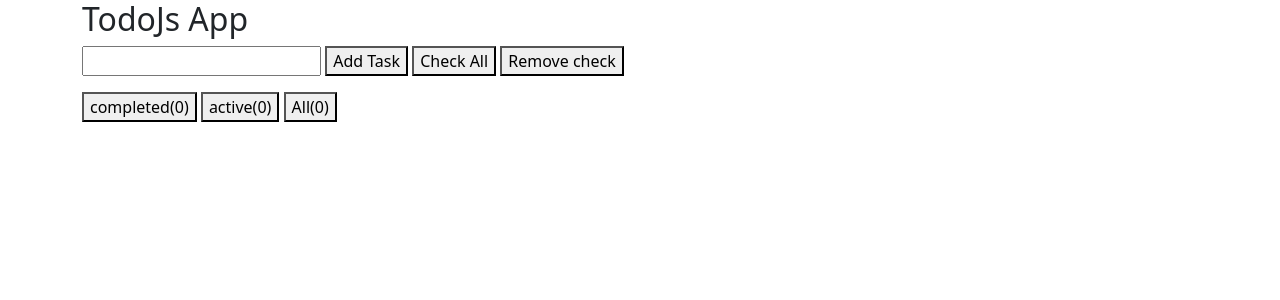
Repository: VladimirKasyanov/Todo
Page: index.html
An editor plug-in stored every save of this project. The page is shown before and after the next save, followed by the edit.
The browser window is 1280 px wide. The pictures show the whole page.

Above is the page before, as saved 2024-05-31 15:56:41.

### index.html
<!DOCTYPE html>
<html lang="en">
  <head>
    <meta charset="utf-8" />
    <meta name="viewport" content="width=device-width, initial-scale=1" />
   <link rel="stylesheet" href="styles.css"/>
    <link
      href="https://cdn.jsdelivr.net/npm/bootstrap@5.3.3/dist/css/bootstrap.min.css"
      rel="stylesheet"
      integrity="sha384-QWTKZyjpPEjISv5WaRU9OFeRpok6YctnYmDr5pNlyT2bRjXh0JMhjY6hW+ALEwIH"
      crossorigin="anonymous"
    />
    <title>TodoJs App</title>
  </head>
  <body>
    <div class="container">
      <h2>TodoJs App</h2>
      <form>
        <input type="text" class="input__box" />
        <button type="button" class="add">Add Task</button>
        <button type="button" onclick="checkAll()" class="check-all">
          Check All
        </button>
        <button type="button" onclick="removeCheck()" class="remove-check">
          Remove check
        </button>
      </form>
      <div class="todo__li">
        <ul class="list"></ul>
        <div class="all-button" type="button" >
          <button class="complete-tab" id="completed">completed(0)</button>
          <button class="active-tab" id="active" >active(0)</button>
          <button class="all-tab active" id="all">All(0)</button>
        <div>
      </div>
    </div>
    <script
      src="https://cdn.jsdelivr.net/npm/bootstrap@5.3.3/dist/js/bootstrap.bundle.min.js"
      integrity="sha384-YvpcrYf0tY3lHB60NNkmXc5s9fDVZLESaAA55NDzOxhy9GkcIdslK1eN7N6jIeHz"
      crossorigin="anonymous"
    ></script>
    <script src="todo.js"></script>
  </body>
</html>

### styles.css
.complete-tab:active {
    color: red;

};
.active-tab:active {
    color: blue;

}
.all-tab:active {
    color: green;
}

### todo.js
const form = document.querySelector("form");
const inputBox = document.querySelector(".input__box");
const addButton = document.querySelector(".add");
const list = document.querySelector(".list");
const label = document.querySelector(".span");
const newInput = document.querySelector(".new-input");
const totalCounter = document.getElementById("all");
const completedCounter = document.getElementById("completed");
const incompleteCounter = document.getElementById("active");
const allButton = document.querySelector(".all-button")

const keyEnter = "Enter"
const keyEscape = "Escape"


let todoList = [];
let condition = "all"
// let completedCount = 0;
// let incompleteCount = 0;

const task = (event) => {
  event.preventDefault();
  const inputText = inputBox.value.trim()
  if (inputText === "" || inputText === null) return;
  let newTodo = {
    description: inputBox.value,
    checked: false,
    id: Date.now(),
  };

  todoList.push(newTodo);
  console.log(todoList);
  displayList(todoList);
  inputBox.value = "";

};



const displayList = () => {

  const sorteredArray = completedTab();

  list.innerHTML = "";
  sorteredArray.forEach((item) => {
    list.innerHTML += `
<li id ='${item.id}'>
<input class = 'check' type='checkBox' id='${item.id}' ${
      item.checked ? "checked" : ""
    }>
<span class='some-text'>${item.description}</span>
  <input class='new-input' type= 'text' value='${item.description.replace(/\s+/g, '')}' hidden></input>
<button type='delete' class='del' id='${item.id}' >x</button>
</li>

`;
// completedTab();

});
 completedTab();
updateCounters();
// document.getElementById("total-counter").textContent.todoList.length
};

// const counter = () => {
//     console.log(todoList.length)

//   displayList(todoList)
// }

const toggleTodo = (event) => {
  // todoList[index].checked = !todoList[index].checked;
  if(event.target.type == 'checkbox') {
    const todoId = event.target.id;
    todoList.forEach((item) => {
      if (item.id === Number(todoId)) {
        item.checked = !item.checked;
      }
    })
  }
   updateCounters();
   displayList();
  // displayList(todoList);
  // completedTab();
};




const checkAll = () => {
  todoList.forEach((todo) => {
    todo.checked = !todo.checked;
  });
  displayList();
};

const name1 = () => {

}

const updateCounters = () => {
  const completedCount = todoList.filter((item) => item.checked).length;
  const incompleteCount = todoList.length - completedCount;

  completedCounter.innerText ='complete ' + completedCount;
  incompleteCounter.innerText = 'active ' + incompleteCount;
  totalCounter.innerText = 'all ' + todoList.length;


}

const completedTab = () => {

  switch(condition) {
    case 'active':
      // displayList();
      return todoList.filter((item) => !item.checked);

    case 'completed':
      // displayList();
      return todoList.filter((item) => item.checked);

    default:
      return todoList

    };
    // displayList();

};



const removeCheck = () => {
  todoList = todoList.filter((todo) => !todo.checked);
  displayList(todoList);
};

function removeOnce(event) {
  const todoId = Number(event.target.parentElement.id);
  if (event.target.classList.contains("del")) {
    todoList = todoList.filter((todo) => todo.id !== todoId);
    displayList(todoList);
  }
}


const editNew = (elementId) => {
  const theElement = document.getElementById(elementId)
  const newText = theElement.children[2].value;
    if (newText === "" || newText === null) return
  // let todoText = event.target.parentNode.children[2].value;

  // console.log(todoList)

  sorteredArray.forEach((item) => {
    if (item.id === Number(elementId)) {
        item.description = newText.trim()
    }

  })
  displayList(todoList);

  //  if (event.sourceCapabilities !== null) {
  //   if (todoText.trim() === '') {
  //   }
  //   displayList(todoList);
  // }
}

const addButtonEnter = (event) => {
    if (event.key === keyEnter) {
       task(event);
  }
};

const changeDescription = (event) => {
  if (event.target.classList.contains("some-text")) {
    const {children} = event.target.parentNode
    children[1].hidden = true
    children[2].hidden = false
    children[2].focus()
  }
};

const changeDescriptionFinish = (event) => {
    if (event.target.classList.contains("new-input")) {
      // console.log(event)

      if (event.key === keyEnter){
        const todoId = Number(event.target.parentElement.id);
        // console.log(todoId)
        // todoList.forEach((todo) => todo.id !== todoId);
        editNew(todoId);


      }
      if (event.key === keyEscape) {
        displayList(todoList)
      }
    }
  }

  const chooseCategories = (event) => {

    switch(event.target.id) {
      case 'active':
        condition = 'active'
        displayList();
        break

      case 'completed':
        condition = 'completed'
        displayList();
        break

      default:
        condition = 'all'
        displayList();
        break

      };
  }


  // list.addEventListener("blur",changeDescriptionFinish)
  list.addEventListener("dblclick", changeDescription);
  list.addEventListener("click", removeOnce);
  list.addEventListener("click", toggleTodo);
  addButton.addEventListener("click", task);
  // console.log(typeof(li))
  list.addEventListener('keyup', changeDescriptionFinish);
  inputBox.addEventListener('keydown', addButtonEnter);
  list.addEventListener('click', completedTab);
  // totalCounter.addEventListener('click',completedTab);
  allButton.addEventListener('click', chooseCategories)
  // list.addEventListener('click', refillCounter)


// const changeDescription = (event) => {
//   const todoId = event.target.parentElement.id;
//   const todo = todoList.find((todo) => todo.id == todoId);

//   if (event.target.classList.contains("label")) {
//     const input = document.createElement("input");
//     input.type = "text";
//     input.value = todo.description;

//     input.addEventListener("blur", () => {
//       todo.description = input.value;
//       displayList(todoList);
//     });

//     event.target.replaceWith(input);
//     input.focus();
//   }
// };
// let itemId = event.target.id
// let index = todoList.findIndex((element) => element.id === itemId);
// delOnce.addEventListener("click", delOnce)
// for.forEach
// const removeOnce = (event) => {
//     delOnce.addEventListener("click", removeOnce);
//         let delOnce = todoList.findIndex((element) => element.id === event.target.id);
//             if (index !== -1) {
//                 todoList.splice(index, 1);

//             };
//             displayList(todoList);
//         };





          // todoList = todoList.filter((todo) => );
    // todoList.removeChild("li");
// checkAllButton.addEventListener("click", checkAll);
// removeComplete.addEventListener("click", removeAll);
// replace(/\s+/g, '') // space delete

// const changeDescriptionFinish = (event) => {
//   if (event.target.classList.contains("new-input")) {
//     const updatedDescription = event.target.value;
//     const todoId = Number(event.target.parentNode.id);
//     const todoIndex = todoList.findIndex((todo) => todo.id === todoId);

//     if (event.key === 'Enter') {
//       todoList[todoIndex].description = updatedDescription;
//       displayList(todoList);
//     } else if (event.key === 'Escape') {
//       event.target.value = todoList[todoIndex].description;
//     }
//   }
// };
// inputBox.addEventListener("keydown", (event) => {
//   if (event.key === "Enter") {
//     task(event);
//   }
// });

// const displayList = () => {
//   list.innerHTML = "";

//   todoList.forEach((item) => {
//     list.innerHTML += `
//       <li id='${item.id}'>
//         <input class='check' type='checkbox' id='${item.id}' ${
//       item.checked ? "checked" : ""
//     }>
//         <span class='some-text'>${item.description}</span>
//         <input class='new-input' type='text' hidden></input>
//         <button type='delete' class='del' id='${item.id}'>x</button>
//       </li>
//     `;

//     if (item.checked) {
//       completedCount++;
//     } else {
//       incompleteCount++;
//     }
//   });
//   document.getElementById("completed-counter").textContent = completedCount;
//   document.getElementById("incomplete-counter").textContent = incompleteCount;
//   document.getElementById("total-counter").textContent = todoList.length;
// };

// function editTask(event) {
//   if (event.target.classList.contains("some-text")) {
//     const { children } = event.target.parentNode;
//     children[1].hidden = true;
//     const editInput = children[2];
//     editInput.value = event.target.textContent;
//     editInput.hidden = false;
//     editInput.focus();
//   }
// }

// function finishEdit(event) {
//   if (event.target.classList.contains("new-input")) {
//     const todoId = Number(event.target.parentElement.id);
//     const editedTask = event.target.value.trim();
//     if (event.key === keyEnter && editedTask !== "") {
//       todoList = todoList.map((todo) =>
//         todo.id === todoId ? { ...todo, description: editedTask } : todo
//       );
//       displayList();
//     }
//     if (event.key === keyEscape) {
//       displayList();
//     }
//   }
// }


// const updateCounter =  () =>  {
//   // const counter = todoList.filter((item) => !item.check).length

//   // const unCount = todoList.filter((item) =>)
//   const completedCount = document.getElementById("completed-counter");
//   const incompleteCount = document.getElementById("incomplete-counter");
//   // const allButton = document.getElementById("total-counter")
//   incompleteCount.textContent = incompleteCount
//   // allButton = document.getElementById("total-counter")
//   allButton.textContent = ` (${todoList.length}) `
//   // (${todoList.length});
// displayList(todoList);
// };

After the next save:
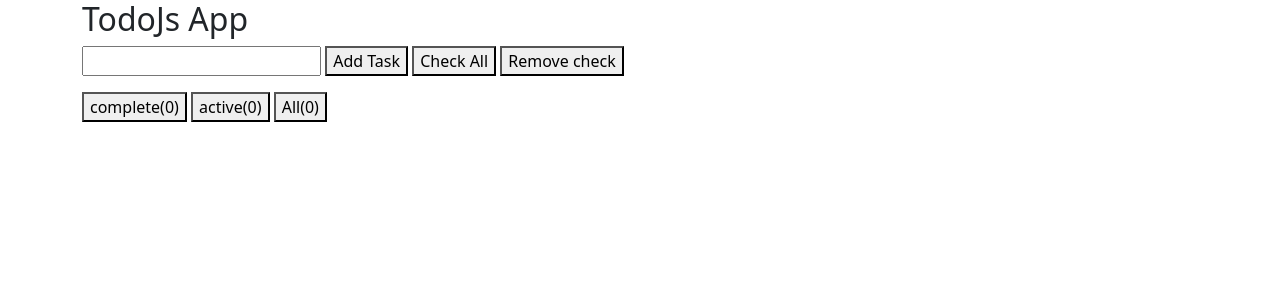
Saved 18 s later.
--- a/index.html
+++ b/index.html
@@ -28,7 +28,7 @@
       <div class="todo__li">
         <ul class="list"></ul>
         <div class="all-button" type="button" >
-          <button class="complete-tab" id="completed">completed(0)</button>
+          <button class="complete-tab" id="completed">complete(0)</button>
           <button class="active-tab" id="active" >active(0)</button>
           <button class="all-tab active" id="all">All(0)</button>
         <div>
